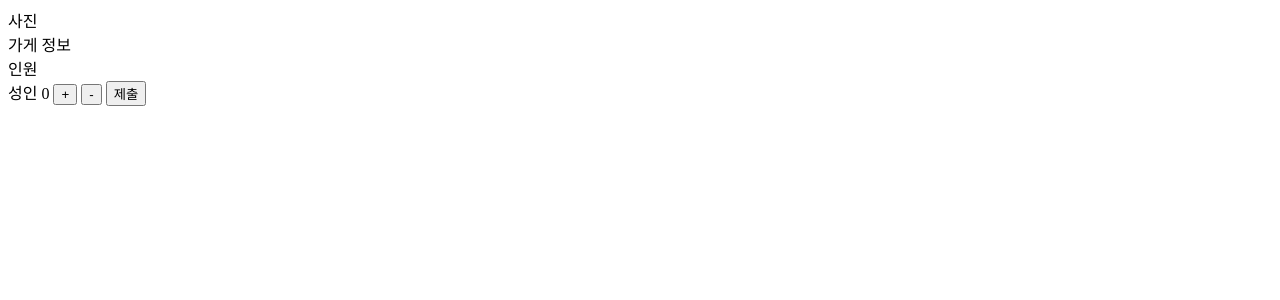
Repository: MeGuuuun/-_TableJava
Page: http://localhost/kimbanbagi/book.jsp
The author's editor kept a copy of each file at every save. The page is drawn from the files as they stood at one save, then again after the next save.
The browser window is 1280 px wide. The pictures show the whole page.
The page is served by Tomcat 10. Other server files are loaded and not shown.

Above is the page before, as saved 2024-06-01 07:13:09.

### tableJava/kimbanbagi/WebContent/book.jsp
<%@ page language="java" contentType="text/html; charset=UTF-8"
    pageEncoding="UTF-8"%>
<!DOCTYPE html>
<html>
<head>
<meta charset="UTF-8">
<title>예약 화면</title>
<script src="https://code.jquery.com/jquery-3.6.0.min.js"></script>
</head>
<body>
<form action="book" method="post" id="frm">
	<div id="container">
		<div id="store_div">
			<div>사진</div>
			<div>가게 정보<br></div>
		</div>
		<div id="book_div">
			인원 <br>
			성인
			<span id="count">0</span>
			<button type="button" id="increaseCount">+</button>
    		<button type="button" id="decreaseCount">-</button>
    		<button type="submit" id="submitBtn">제출</button>
		</div>
		<script>
			$(document).ready(function() {
		  		var count = parseInt($("#count").text());

		  		$('#increaseCount').on('click', function(event) {
		    		event.preventDefault(); // 기본 동작 방지

		    		count++;
		    		$('#count').text(count); // 숫자 업데이트
		  		});

		  		$('#decreaseCount').on('click', function(event) {
		    		event.preventDefault(); // 기본 동작 방지

		    		if(count > 0) {
		    			count--;
			    		$('#count').text(count); // 숫자 업데이트
		    		}

		  		});

		  		$('#submitBtn').on('click', function(event) {
		  		    event.preventDefault(); // 기본 동작 방지

		  		    // 제출 버튼 클릭 시 form submit
		  		    $('#frm').submit();
		  		});
			});
		</script>
	</div>
</form>
</body>
</html>

After the next save:
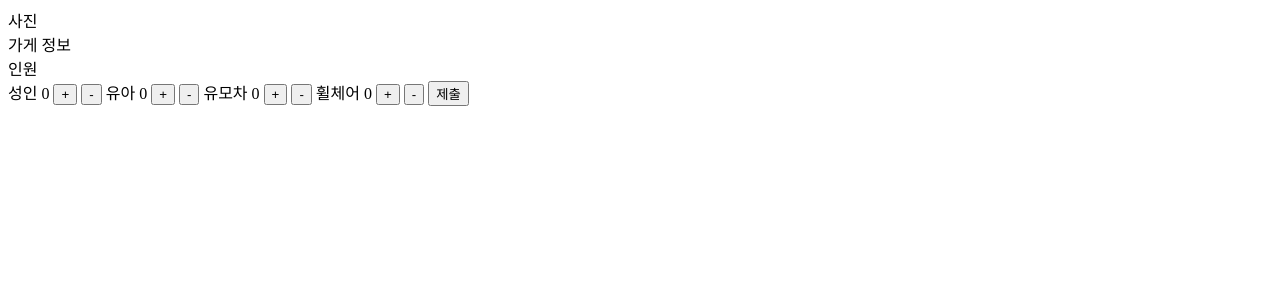
Saved 94 s later.
--- a/tableJava/kimbanbagi/WebContent/book.jsp
+++ b/tableJava/kimbanbagi/WebContent/book.jsp
@@ -17,7 +17,19 @@
 		<div id="book_div">
 			인원 <br>
 			성인
-			<span id="count">0</span>
+			<span id="count" name="adultCount">0</span>
+			<button type="button" id="increaseCount">+</button>
+    		<button type="button" id="decreaseCount">-</button>
+    		유아
+    		<span id="count" name="kidCount">0</span>
+			<button type="button" id="increaseCount">+</button>
+    		<button type="button" id="decreaseCount">-</button>
+    		유모차
+    		<span id="count" name="kidCount">0</span>
+			<button type="button" id="increaseCount">+</button>
+    		<button type="button" id="decreaseCount">-</button>
+    		휠체어
+    		<span id="count" name="kidCount">0</span>
 			<button type="button" id="increaseCount">+</button>
     		<button type="button" id="decreaseCount">-</button>
     		<button type="submit" id="submitBtn">제출</button>
